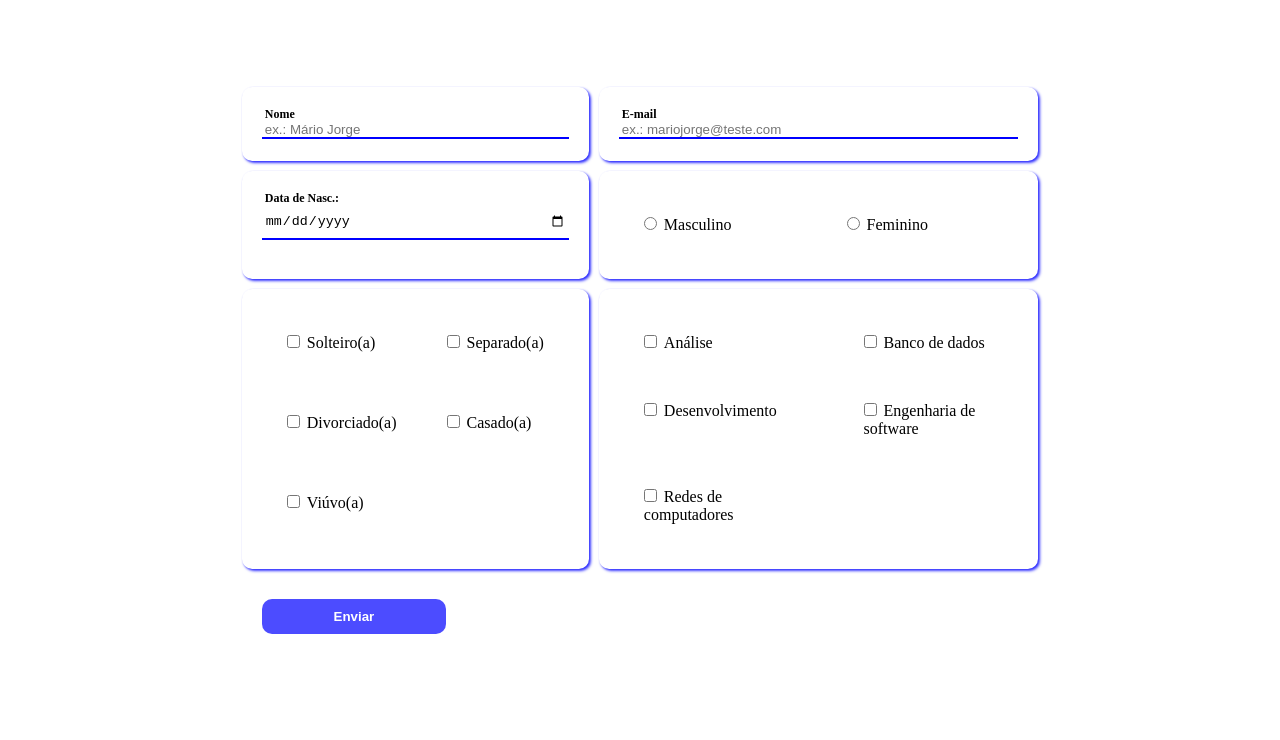
Repository: mjRibeiroTriscal/UVA_Projects
Page: Proj_A1_AVA2_2020_1/index.html
These files come from the project's save history. The page is drawn as it stood at one moment and after the next save; the edit follows.
The browser window is 1280 px wide. The pictures show the whole page.

Above is the page before, as saved 2020-03-13 14:19:52.

### Proj_A1_AVA2_2020_1/index.html
<!--
*   @project     A1_AVA2_UVA_2020_1
*   @author      Mário Jorge (mariojgmaster@yahoo.com.br)
*   @Git         MJRibeiroTriscal (https://github.com/mjRibeiroTriscal)
-->

<html>

<head>
    <meta charset="UTF-8">
    <title>Tell Me About You</title>
    <!-- <link rel="icon" href="./favicon.png" sizes="16x16 32x32" type="image/png"> -->
    <script src="./script.js"></script>
    <link rel="stylesheet" href="./style.css" />
</head>

<body>
    <div id="container">

        <header>

        </header>

        <section>

            <form class="gridContainer" name="formUva" action="http://google.co">

                <div class="gridItem blockContainer">
                    <label for="nome" class="labelFirst">Nome</label>
                    <input id="nome" type="text" name="nome" placeholder="ex.: Mário Jorge" />
                </div>
                <div class="gridItem blockContainer">
                    <label for="email" class="labelFirst">E-mail</label>
                    <input id="email" type="text" name="email" placeholder="ex.: mariojorge@teste.com" />
                </div>

                <div class="gridItem blockContainer">
                    <label for="dataNasc" class="labelFirst">Data de Nasc.:</label>
                    <input id="dataNasc" type="date" name="dataNasc" />
                </div>

                <div class="gridItem gridContainer blockContainer">
                    <div class="gridItem">
                        <input id="masc" type="radio" name="masc" />
                        <label for="masc">Masculino</label>
                    </div>
                    <div class="gridItem">
                        <input id="fem" type="radio" name="fem" />
                        <label for="fem">Feminino</label>
                    </div>
                </div>

                <div class="gridItem gridContainer blockContainer">
                    <div class="gridItem">
                        <input id="solteiro" type="checkbox" name="estCivil" />
                        <label for="solteiro">Solteiro(a)</label>
                    </div>
                    <div class="gridItem">
                        <input id="separado" type="checkbox" name="estCivil" />
                        <label for="separado">Separado(a)</label>
                    </div>
                    <div class="gridItem">
                        <input id="divorciado" type="checkbox" name="estCivil" />
                        <label for="divorciado">Divorciado(a)</label>
                    </div>
                    <div class="gridItem">
                        <input id="casado" type="checkbox" name="estCivil" />
                        <label for="casado">Casado(a)</label>
                    </div>
                    <div class="gridItem">
                        <input id="viuvo" type="checkbox" name="estCivil" />
                        <label for="viuvo">Viúvo(a)</label>
                    </div>
                </div>

                <div class="gridItem gridContainer blockContainer">
                    <div class="gridItem">
                        <input id="analise" type="checkbox" name="analise" />
                        <label for="analise">Análise</label>
                    </div>
                    <div class="gridItem">
                        <input id="bancoDados" type="checkbox" name="bancoDados" />
                        <label for="bancoDados">Banco de dados</label>
                    </div>
                    <div class="gridItem">
                        <input id="desenvolvimento" type="checkbox" name="desenvolvimento" />
                        <label for="desenvolvimento">Desenvolvimento</label>
                    </div>
                    <div class="gridItem">
                        <input id="engenhariaSoftware" type="checkbox" name="engenhariaSoftware" />
                        <label for="engenhariaSoftware">Engenharia de software</label>
                    </div>
                    <div class="gridItem">
                        <input id="redesComputadores" type="checkbox" name="redesComputadores" />
                        <label for="redesComputadores">Redes de computadores</label>
                    </div>
                </div>

                <div class="gridItem itemFlex">
                    <input type="submit" value="Enviar">
                </div>

            </form>

        </section>

        <footer>

        </footer>

</body>

</html>

### Proj_A1_AVA2_2020_1/script.js
/*
 *   @project     A1_AVA2_UVA_2020_1
 *   @author      Mário Jorge (mariojgmaster@yahoo.com.br)
 *   @Git         MJRibeiroTriscal (https://github.com/mjRibeiroTriscal)
 */

### Proj_A1_AVA2_2020_1/style.css
/*
 *   @project     A1_AVA2_UVA_2020_1
 *   @author      Mário Jorge (mariojgmaster@yahoo.com.br)
 *   @Git         MJRibeiroTriscal (https://github.com/mjRibeiroTriscal)
 */

* {
    margin: 0px;
    padding: 0px;
}

html,
body {
    width: 100%;
    height: 100%;
}

#container {
    padding: 10px;
    display: flex;
    align-items: center;
    justify-content: center;
    height: 100%;
}

section {
    width: 80%;
    display: flex;
    align-items: center;
    justify-content: center;
}

section form.gridContainer {
    width: 80%;
}

label.labelFirst {
    font-size: 12px;
    font-weight: bold;
}

label {
    margin-left: 3px;
}

input {
    border: none;
    outline: none;
    box-shadow: 0;
}

input[type=text],
input[type=date] {
    width: 100%;
    height: 50%;
    padding: 1px 3px;
    border-bottom: 2px solid Blue;
    background: none;
}

input[type=submit] {
    width: 60%;
    height: 100%;
    padding: 10px;
    color: #FFF;
    font-weight: bold;
    background-color: rgba(0, 0, 255, 0.7);
    border-radius: 10px;
}

input[type=submit]:active {
    background-color: rgba(0, 0, 255, 0.9);
}

.gridContainer {
    display: grid;
    /* border: 1px solid red; */
    grid-template-columns: auto auto;
}

.gridItem {
    padding: 20px;
    /* background-color: rgb(245, 245, 245); */
    margin: 5px;
}

.blockContainer {
    border-radius: 10px;
    box-shadow: 1px 1px 2px rgba(0, 0, 255, 0.4), 2px 2px 3px rgba(0, 0, 255, 0.7);
}

After the next save:
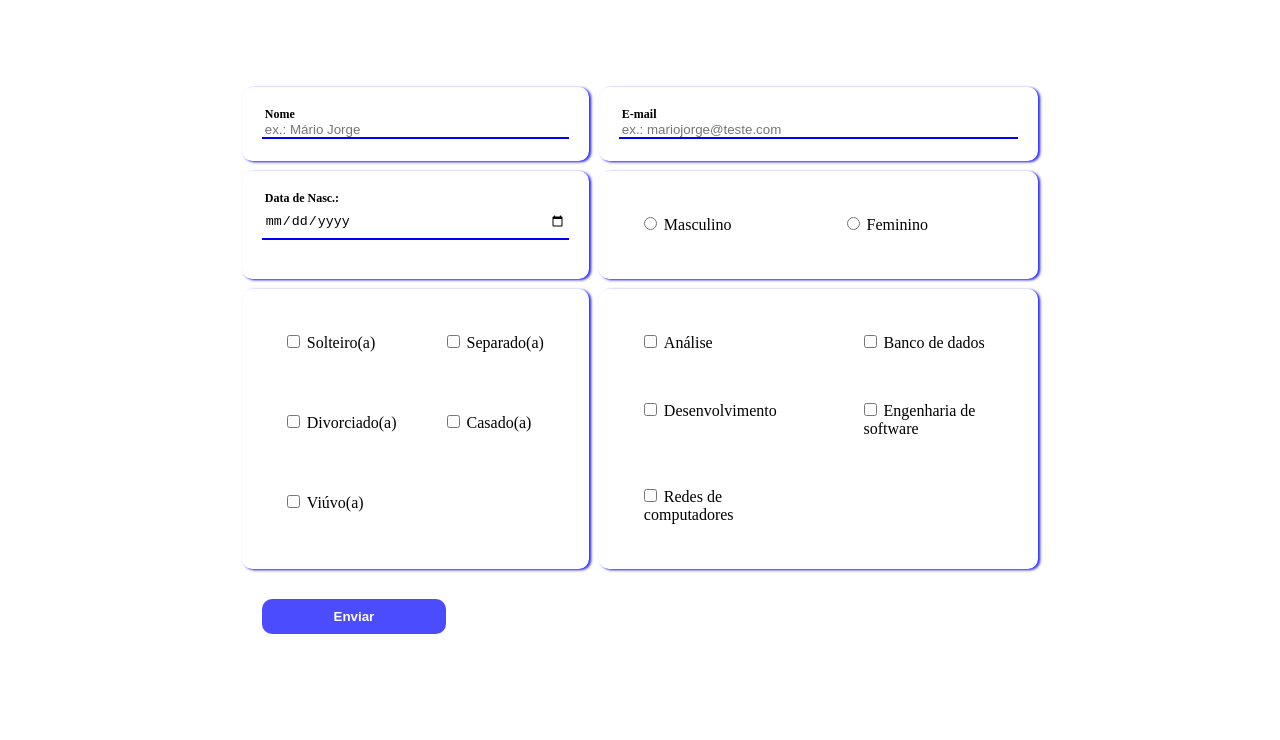
Saved 21 s later.
--- a/Proj_A1_AVA2_2020_1/style.css
+++ b/Proj_A1_AVA2_2020_1/style.css
@@ -86,5 +86,5 @@ input[type=submit]:active {
 
 .blockContainer {
     border-radius: 10px;
-    box-shadow: 1px 1px 2px rgba(0, 0, 255, 0.4), 2px 2px 3px rgba(0, 0, 255, 0.7);
+    box-shadow: 2px 1px 2px rgba(0, 0, 255, 0.4), 2px 1px 3px rgba(0, 0, 255, 0.7);
 }
